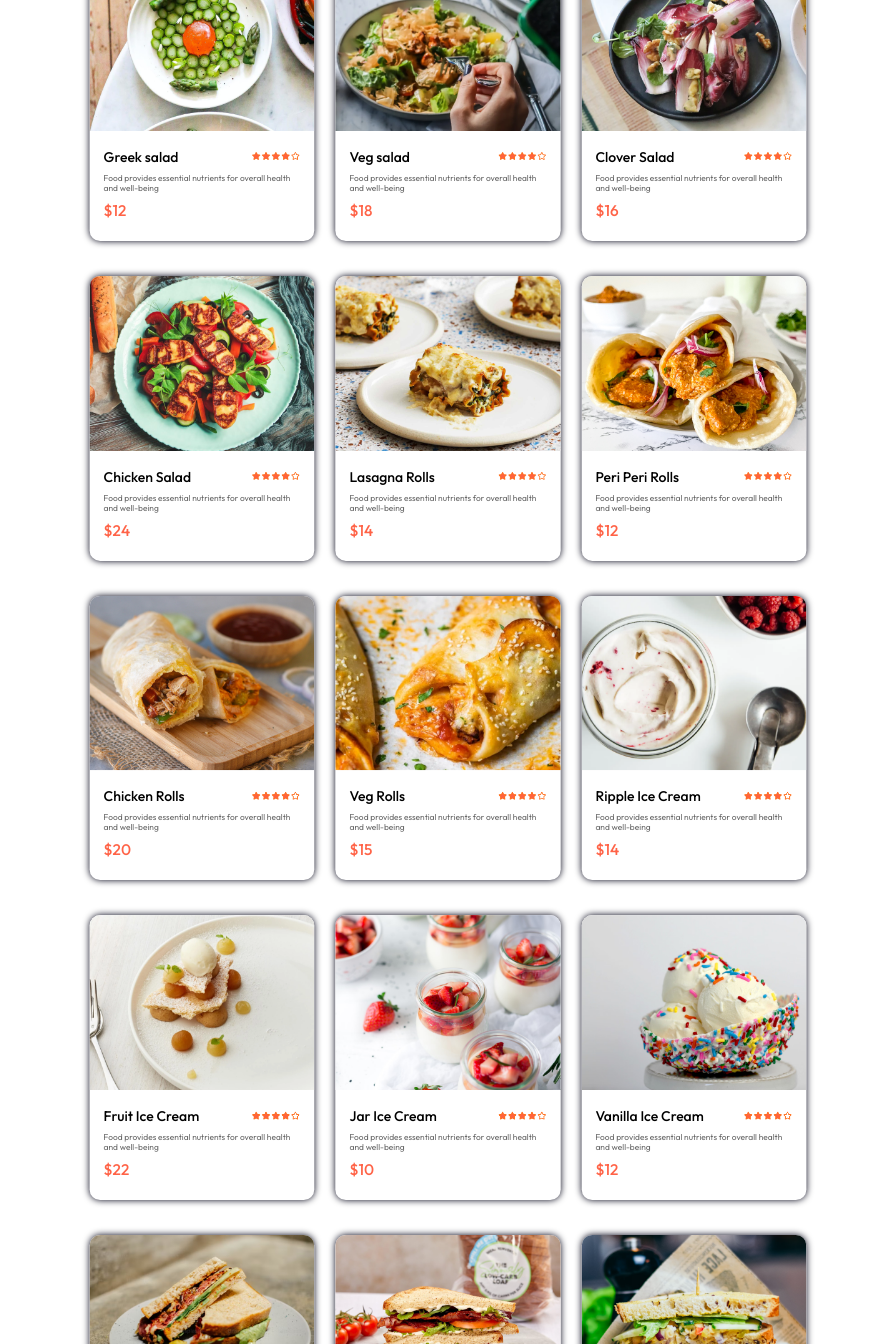
Repository: guilhermecardoso93/tomato-front-end
Page: /
These files come from the project's save history. The page is drawn as it stood at one moment and after the next save; the edit follows.
The browser window is 1280 px wide. The pictures show the part of the page from y = 1055 to 2975 px (the page is 5969 px tall before and 5749 px after), at 70% of full size.
The project was rebuilt for these pictures with package versions that can differ from the ones it lists, and the page was loaded fresh each time. Also part of the build but not shown: vite.config.js, src/pages/Cart/styles.css, src/pages/Cart/index.jsx, src/pages/PlaceOrder/styles.css, src/pages/PlaceOrder/index.jsx.

Above is the page before, as saved 2024-10-30 19:39:13.

### index.html
<!doctype html>
<html lang="en">

<head>
    <meta charset="UTF-8" />
    <link rel="icon" type="image/svg+xml" href="" />
    <link rel="preconnect" href="https://fonts.googleapis.com">
    <link rel="preconnect" href="https://fonts.gstatic.com" crossorigin>
    <link href="https://fonts.googleapis.com/css2?family=Inter:ital,opsz,wght@0,14..32,100..900;1,14..32,100..900&family=Outfit:wght@100..900&display=swap" rel="stylesheet">
    <meta name="viewport" content="width=device-width, initial-scale=1.0" />
    <title>Tomato</title>
</head>

<body>
    <div id="root"></div>
    <script type="module" src="/src/main.jsx"></script>
</body>

</html>

### src/main.jsx
import { StrictMode } from "react";
import { createRoot } from "react-dom/client";
import "./index.css";
import { App } from "./App.jsx";
import { BrowserRouter } from "react-router-dom";
import StoreContextProvider from "./context/StoreContext.jsx";

createRoot(document.getElementById("root")).render(
  <BrowserRouter>
    <StoreContextProvider>
      <App />
    </StoreContextProvider>
  </BrowserRouter>
);

### src/index.css
* {
  padding: 0;
  margin: 0;
  box-sizing: border-box;
}

body {
  min-height: 100vh;
  font-family: "Outfit", sans-serif;
}

a {
  text-decoration: none;
  color: inherit;
}

.app {
  width: 80%;
  margin: auto;
}

@keyframes fadeIn {
  0% {
    opacity: 0;
  }

  100% {
    opacity: 1;
  }
}

### src/App.jsx
import { Routes, Route } from "react-router-dom";
import { Navbar } from "./components/Navbar";

import { Home } from "./pages/Home";
import { Cart } from "./pages/Cart";
import { PlaceOrder } from "./pages/PlaceOrder";

export function App() {
  return (
    <div className="app">
      <Navbar />
      <Routes>
        <Route path="/" element={<Home />} />
        <Route path="/cart" element={<Cart />} />
        <Route path="/order" element={<PlaceOrder />} />
      </Routes>
    </div>
  );
}

### src/context/StoreContext.jsx
import { createContext } from "react";
import { food_list } from "../assets/assets";

export const StoreContext = createContext(null);

const StoreContextProvider = (props) => {
  const contextValue = {
    food_list,
  };

  return (
    <StoreContext.Provider value={contextValue}>
      {props.children}
    </StoreContext.Provider>
  );
};

export default StoreContextProvider;

### src/components/Navbar/index.jsx
import { useState } from "react";
import { assets } from "../../assets/assets";
import "./styles.css";

export const Navbar = () => {
  const [menu, setMenu] = useState("Home");

  return (
    <div className="navbar">
      <img src={assets.logo} alt="Logo" className="logo" />
      <ul className="navbar-menu">
        <li
          onClick={() => setMenu("Home")}
          className={menu === "Home" ? "active" : ""}
        >
          Home
        </li>
        <li
          onClick={() => setMenu("Menu")}
          className={menu === "Menu" ? "active" : ""}
        >
          Menu
        </li>
        <li
          onClick={() => setMenu("MobileApp")}
          className={menu === "MobileApp" ? "active" : ""}
        >
          MobileApp
        </li>
        <li
          onClick={() => setMenu("Contact Us")}
          className={menu === "Contact Us" ? "active" : ""}
        >
          Contact Us
        </li>
      </ul>
      <div className="navbar-right">
        <img src={assets.search_icon} alt="" />
        <div className="navbar-search-icon">
          <img src={assets.basket_icon} alt="" />
          <div className="dot"></div>
        </div>
        <button>sign in</button>
      </div>
    </div>
  );
};

### src/pages/Home/index.jsx
import { useState } from "react";
import { ExplorerMenu } from "../../components/ExplorerMenu";
import { Header } from "../../components/Header";
import "./styles.css";
import { FoodDisplay } from "../../components/FoodDisplay/Index";

export const Home = () => {
  const [category, setCategory] = useState("All");

  return (
    <div>
      <Header />
      <ExplorerMenu category={category} setCategory={setCategory} />
      <FoodDisplay category={category} />
    </div>
  );
};

### src/assets/assets.js
import basket_icon from './icons/basket_icon.png'
import logo from './logo.png'
import header_img from './header_img.png'
import search_icon from './icons/search_icon.png'
import menu_1 from './menu/menu_1.png'
import menu_2 from './menu/menu_2.png'
import menu_3 from './menu/menu_3.png'
import menu_4 from './menu/menu_4.png'
import menu_5 from './menu/menu_5.png'
import menu_6 from './menu/menu_6.png'
import menu_7 from './menu/menu_7.png'
import menu_8 from './menu/menu_8.png'

import food_1 from './food/food_1.png'
import food_2 from './food/food_2.png'
import food_3 from './food/food_3.png'
import food_4 from './food/food_4.png'
import food_5 from './food/food_5.png'
import food_6 from './food/food_6.png'
import food_7 from './food/food_7.png'
import food_8 from './food/food_8.png'
import food_9 from './food/food_9.png'
import food_10 from './food/food_10.png'
import food_11 from './food/food_11.png'
import food_12 from './food/food_12.png'
import food_13 from './food/food_13.png'
import food_14 from './food/food_14.png'
import food_15 from './food/food_15.png'
import food_16 from './food/food_16.png'
import food_17 from './food/food_17.png'
import food_18 from './food/food_18.png'
import food_19 from './food/food_19.png'
import food_20 from './food/food_20.png'
import food_21 from './food/food_21.png'
import food_22 from './food/food_22.png'
import food_23 from './food/food_23.png'
import food_24 from './food/food_24.png'
import food_25 from './food/food_25.png'
import food_26 from './food/food_26.png'
import food_27 from './food/food_27.png'
import food_28 from './food/food_28.png'
import food_29 from './food/food_29.png'
import food_30 from './food/food_30.png'
import food_31 from './food/food_31.png'
import food_32 from './food/food_32.png'

import add_icon_white from './icons/add_icon_white.png'
import add_icon_green from './icons/add_icon_green.png'
import remove_icon_red from './icons/remove_icon_red.png'
import app_store from './icons/app_store.png'
import play_store from './icons/play_store.png'
import linkedin_icon from './icons/linkedin_icon.png'
import facebook_icon from './icons/facebook_icon.png'
import twitter_icon from './icons/twitter_icon.png'
import cross_icon from './icons/cross_icon.png'
import selector_icon from './icons/selector_icon.png'
import rating_starts from './icons/rating_starts.png'
import profile_icon from './icons/profile_icon.png'
import bag_icon from './icons/bag_icon.png'
import logout_icon from './icons/logout_icon.png'
import parcel_icon from './icons/parcel_icon.png'

export const assets = {
    logo,
    basket_icon,
    header_img,
    search_icon,
    rating_starts,
    add_icon_green,
    add_icon_white,
    remove_icon_red,
    app_store,
    play_store,
    linkedin_icon,
    facebook_icon,
    twitter_icon,
    cross_icon,
    selector_icon,
    profile_icon,
    logout_icon,
    bag_icon,
    parcel_icon
}

export const menu_list = [
    {
        menu_name: "Salad",
        menu_image: menu_1
    },
    {
        menu_name: "Rolls",
        menu_image: menu_2
    },
    {
        menu_name: "Deserts",
        menu_image: menu_3
    },
    {
        menu_name: "Sandwich",
        menu_image: menu_4
    },
    {
        menu_name: "Cake",
        menu_image: menu_5
    },
    {
        menu_name: "Pure Veg",
        menu_image: menu_6
    },
    {
        menu_name: "Pasta",
        menu_image: menu_7
    },
    {
        menu_name: "Noodles",
        menu_image: menu_8
    }]

export const food_list = [
    {
        _id: "1",
        name: "Greek salad",
        image: food_1,
        price: 12,
        description: "Food provides essential nutrients for overall health and well-being",
        category: "Salad"
    },
    {
        _id: "2",
        name: "Veg salad",
        image: food_2,
        price: 18,
        description: "Food provides essential nutrients for overall health and well-being",
        category: "Salad"
    }, {
        _id: "3",
        name: "Clover Salad",
        image: food_3,
        price: 16,
        description: "Food provides essential nutrients for overall health and well-being",
        category: "Salad"
    }, {
        _id: "4",
        name: "Chicken Salad",
        image: food_4,
        price: 24,
        description: "Food provides essential nutrients for overall health and well-being",
        category: "Salad"
    }, {
        _id: "5",
        name: "Lasagna Rolls",
        image: food_5,
        price: 14,
        description: "Food provides essential nutrients for overall health and well-being",
        category: "Rolls"
    }, {
        _id: "6",
        name: "Peri Peri Rolls",
        image: food_6,
        price: 12,
        description: "Food provides essential nutrients for overall health and well-being",
        category: "Rolls"
    }, {
        _id: "7",
        name: "Chicken Rolls",
        image: food_7,
        price: 20,
        description: "Food provides essential nutrients for overall health and well-being",
        category: "Rolls"
    }, {
        _id: "8",
        name: "Veg Rolls",
        image: food_8,
        price: 15,
        description: "Food provides essential nutrients for overall health and well-being",
        category: "Rolls"
    }, {
        _id: "9",
        name: "Ripple Ice Cream",
        image: food_9,
        price: 14,
        description: "Food provides essential nutrients for overall health and well-being",
        category: "Deserts"
    }, {
        _id: "10",
        name: "Fruit Ice Cream",
        image: food_10,
        price: 22,
        description: "Food provides essential nutrients for overall health and well-being",
        category: "Deserts"
    }, {
        _id: "11",
        name: "Jar Ice Cream",
        image: food_11,
        price: 10,
        description: "Food provides essential nutrients for overall health and well-being",
        category: "Deserts"
    }, {
        _id: "12",
        name: "Vanilla Ice Cream",
        image: food_12,
        price: 12,
        description: "Food provides essential nutrients for overall health and well-being",
        category: "Deserts"
    },
    {
        _id: "13",
        name: "Chicken Sandwich",
        image: food_13,
        price: 12,
        description: "Food provides essential nutrients for overall health and well-being",
        category: "Sandwich"
    },
    {
        _id: "14",
        name: "Vegan Sandwich",
        image: food_14,
        price: 18,
        description: "Food provides essential nutrients for overall health and well-being",
        category: "Sandwich"
    }, {
        _id: "15",
        name: "Grilled Sandwich",
        image: food_15,
        price: 16,
        description: "Food provides essential nutrients for overall health and well-being",
        category: "Sandwich"
    }, {
        _id: "16",
        name: "Bread Sandwich",
        image: food_16,
        price: 24,
        description: "Food provides essential nutrients for overall health and well-being",
        category: "Sandwich"
    }, {
        _id: "17",
        name: "Cup Cake",
        image: food_17,
        price: 14,
        description: "Food provides essential nutrients for overall health and well-being",
        category: "Cake"
    }, {
        _id: "18",
        name: "Vegan Cake",
        image: food_18,
        price: 12,
        description: "Food provides essential nutrients for overall health and well-being",
        category: "Cake"
    }, {
        _id: "19",
        name: "Butterscotch Cake",
        image: food_19,
        price: 20,
        description: "Food provides essential nutrients for overall health and well-being",
        category: "Cake"
    }, {
        _id: "20",
        name: "Sliced Cake",
        image: food_20,
        price: 15,
        description: "Food provides essential nutrients for overall health and well-being",
        category: "Cake"
    }, {
        _id: "21",
        name: "Garlic Mushroom ",
        image: food_21,
        price: 14,
        description: "Food provides essential nutrients for overall health and well-being",
        category: "Pure Veg"
    }, {
        _id: "22",
        name: "Fried Cauliflower",
        image: food_22,
        price: 22,
        description: "Food provides essential nutrients for overall health and well-being",
        category: "Pure Veg"
    }, {
        _id: "23",
        name: "Mix Veg Pulao",
        image: food_23,
        price: 10,
        description: "Food provides essential nutrients for overall health and well-being",
        category: "Pure Veg"
    }, {
        _id: "24",
        name: "Rice Zucchini",
        image: food_24,
        price: 12,
        description: "Food provides essential nutrients for overall health and well-being",
        category: "Pure Veg"
    },
    {
        _id: "25",
        name: "Cheese Pasta",
        image: food_25,
        price: 12,
        description: "Food provides essential nutrients for overall health and well-being",
        category: "Pasta"
    },
    {
        _id: "26",
        name: "Tomato Pasta",
        image: food_26,
        price: 18,
        description: "Food provides essential nutrients for overall health and well-being",
        category: "Pasta"
    }, {
        _id: "27",
        name: "Creamy Pasta",
        image: food_27,
        price: 16,
        description: "Food provides essential nutrients for overall health and well-being",
        category: "Pasta"
    }, {
        _id: "28",
        name: "Chicken Pasta",
        image: food_28,
        price: 24,
        description: "Food provides essential nutrients for overall health and well-being",
        category: "Pasta"
    }, {
        _id: "29",
        name: "Buttter Noodles",
        image: food_29,
        price: 14,
        description: "Food provides essential nutrients for overall health and well-being",
        category: "Noodles"
    }, {
        _id: "30",
        name: "Veg Noodles",
        image: food_30,
        price: 12,
        description: "Food provides essential nutrients for overall health and well-being",
        category: "Noodles"
    }, {
        _id: "31",
        name: "Somen Noodles",
        image: food_31,
        price: 20,
        description: "Food provides essential nutrients for overall health and well-being",
        category: "Noodles"
    }, {
        _id: "32",
        name: "Cooked Noodles",
        image: food_32,
        price: 15,
        description: "Food provides essential nutrients for overall health and well-being",
        category: "Noodles"
    }
]

### src/components/Navbar/styles.css
.navbar {
  padding: 20px 0;
  display: flex;
  justify-content: space-between;
  align-items: center;
}

.navbar .logo {
  width: 150px;
}

.navbar-menu {
  display: flex;
  list-style: none;
  gap: 10px;
  color: #49557c;
  font-size: 18px;
}

.navbar li {
  cursor: pointer
}

.navbar-right {
  display: flex;
  align-items: center;
  gap: 40px;
}

.navbar button {
  background: transparent;
  font-size: 16px;
  color: #49557c;
  border: 1px solid tomato;
  padding: 10px 30px;
  border-radius: 50px;
  cursor: pointer;
  transition: 0.3s;
}

.navbar button:hover {
  background: #fff4f2;
}

.navbar .active {
  padding-bottom: 2px;
  border-bottom: 2px solid #49557c;
}

.navbar-search-icon {
  position: relative;
}

.navbar-search-icon .dot {
  position: absolute;
  min-height: 10px;
  min-width: 10px;
  background-color: tomato;
  border-radius:  5px;
  top: -8px;
  right: -8px;
}

### src/components/ExplorerMenu/index.jsx
import { menu_list } from "../../assets/assets";

import "./styles.css";

export const ExplorerMenu = ({ category, setCategory }) => {
  return (
    <div className="explorer-menu" id="explore-menu">
      <h1>Explore our menu</h1>
      <p className="explore-menu-text">
        Choose from a diverse menu featuring a delectable arrays os dishes
        crafted with the finest ingredients and culinary expertise. Our mission
        is to satisfy your cravings and elevate your dining experience, one
        delicious meal at a time.
      </p>
      <div className="explore-menu-list">
        {menu_list.map((item, index) => {
          return (
            <div
              className="explore-menu-list-item"
              key={index}
              onClick={() =>
                setCategory((prev) =>
                  prev === item.menu_name ? "All" : item.menu_name
                )
              }
            >
              <img
                src={item.menu_image}
                alt=""
                className={category === item.menu_name ? "active" : ""}
              />
              <p className={category === item.menu_name ? "active-text" : ""}>
                {item.menu_name}
              </p>
            </div>
          );
        })}
      </div>
      <hr />
    </div>
  );
};

### src/components/Header/index.jsx
import "./styles.css";

export const Header = () => {
  return (
    <div className="header">
      <div className="header-container">
        <h2>Oder your favorite food here</h2>
        <p>
          Choose from a diverse menu featuring a delectable arrays os dishes
          crafted with the finest ingredients and culinary expertise. Our
          mission is to satisfy your cravings and elevate your dining
          experience, one delicious meal at a time.
        </p>
        <button> View Menu</button>
      </div>
    </div>
  );
};

### src/components/FoodDisplay/Index.jsx
import { useContext } from "react";
import { StoreContext } from "../../context/StoreContext";
import { FoodItem } from "../FoodItem";

import "./styles.css";

export const FoodDisplay = ({ category }) => {
  const { food_list } = useContext(StoreContext);

  return (
    <div className="food-display" id="food-display">
      <h2>Top Dishes near you</h2>
      <div className="food-display-list">
        {food_list.map((item, index) => {
          return (
            <FoodItem
              key={index}
              id={item.id}
              name={item.name}
              description={item.description}
              price={item.price}
              image={item.image}
            />
          );
        })}
      </div>
    </div>
  );
};

### src/components/ExplorerMenu/styles.css
.explorer-menu {
  display: flex;
  flex-direction: column;
  gap: 1rem;
}

.explorer-menu h1 {
  color: #262626;
  font-size: 500;
}

.explore-menu-text {
  max-width: 60%;
  color: #808080;
}

.explore-menu-list {
  display: flex;
  justify-content: space-between;
  align-items: center;
  gap: 30px;
  text-align: center;
  margin: 20px 0px;
  overflow-x: scroll;
}

.explore-menu-list::-webkit-scrollbar {
  display: none;
}

.explore-menu-list img {
  width: 7.5vw;
  min-width: 80px;
  cursor: pointer;
  border-radius: 50%;
  transition: 0.2s;
}

.explore-menu-list p {
  margin-top: 10px;
  color: #747474;
  font-size: max(1.4vw, 16px);
  cursor: pointer;
}

.explore-menu hr {
  margin: 10px 0px;
  height: 2px;
  background: #e2e2e2;
  border: none;
}

.explore-menu-list .active {
  border: 4px solid tomato;
  padding: 2px;
}

.explore-menu-list .active-text {
  color: tomato;
}

### src/components/Header/styles.css
.header {
  height: 34vw;
  margin: 30px auto;
  background: url('../../assets/header_img.png') no-repeat;
  background-size: contain;
  position: relative;
}



.header-container {
  position: absolute;
  display: flex;
  flex-direction: column;
  align-items: start;
  padding: 20px;
  gap: 1.5vw;
  max-width: 52%;
  bottom: 10%;
  animation: fadeIn 3s;
}


.header-container h2 {
  font-weight: 500;
  color: #f2f2f2f2;
  font-size: max(4.5vw, 22px);
}


.header-container p {
  color: #f2f2f2f2;
  font-size: 1vw;
}


.header-container button {
  border: none;
  color: #747474;
  font-weight: 700;
  padding: 1vw 2.3vw;
  background: white;
  font-size: max(1vw, 13px);
  border-radius: 50px;
}

### src/components/FoodItem/index.jsx
import { assets } from "../../assets/assets";
import "./styles.css";

export const FoodItem = ({ id, name, price, description, image }) => {
  return (
    <div className="food-item" id={id}>
      <div className="food-item-image-container">
        <img src={image} alt="" className="food-item-image" />
      </div>
      <div className="food-item-info">
        <div className="food-item-name-rating">
          <p>{name}</p>
          <img src={assets.rating_starts} alt="" />
        </div>
        <div className="food-item-prices">
          <p className="food-item-description">{description}</p>
          <p className="food-item-price">${price}</p>
        </div>
      </div>
    </div>
  );
};

### src/components/FoodDisplay/styles.css
.food-display {
  margin-top: 30px;
}

.food-display h2 {
  font-size: max(2vw, 24px);
  font-weight: 600;
}


.food-display-list {
  display: grid;
  grid-template-columns: repeat(auto-fill, minmax(240px, 1fr));
  margin-top: 30px;
  gap: 30px;
  row-gap: 50px;
}

### src/components/FoodItem/styles.css
.food-item {
  width: 100%;
  margin: auto;
  border-radius: 15px;
  box-shadow: 0px 0px 10px #000015;
  transition: 0.3s;
  animation: fadeIn 1s;
}

.food-item-image {
  width: 100%;
  border-radius: 15px 15px 0px 0px;
}

.food-item-info {
  padding: 20px;
}

.food-item-name-rating {
  display: flex;
  justify-content: space-between;
  align-items: center;
  margin-bottom: 10px;
}

.food-item-name-rating p {
  font-size: 20px;
  font-weight: 500;
}

.food-item-name-rating img {
  width: 70px;
}

.food-item-description {
  color: #676767;
  font-size: 12px;
}

.food-item-price {
  color: tomato;
  font-size: 22px;
  font-weight: 500;
  margin: 10px 0;
}

Loaded but not shown: src/pages/Home/styles.css (no stored copy; drawn as an empty file)

After the next save:
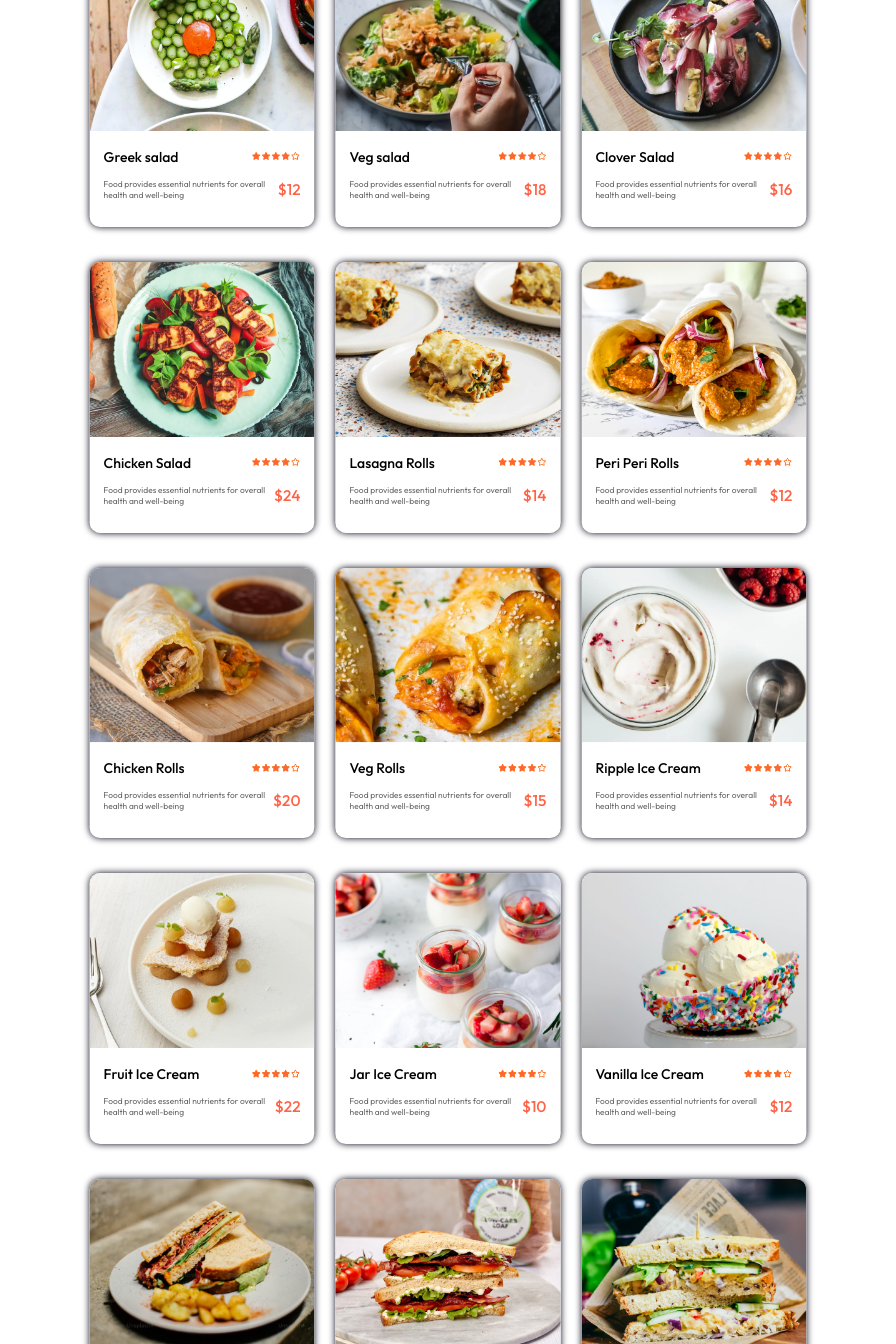
Saved 16 s later.
--- a/src/components/FoodItem/styles.css
+++ b/src/components/FoodItem/styles.css
@@ -32,6 +32,13 @@
   width: 70px;
 }
 
+.food-item-prices{
+  display: flex;
+  justify-content: space-between;
+  align-items: center;
+  margin-bottom: 10px;
+}
+
 .food-item-description {
   color: #676767;
   font-size: 12px;
